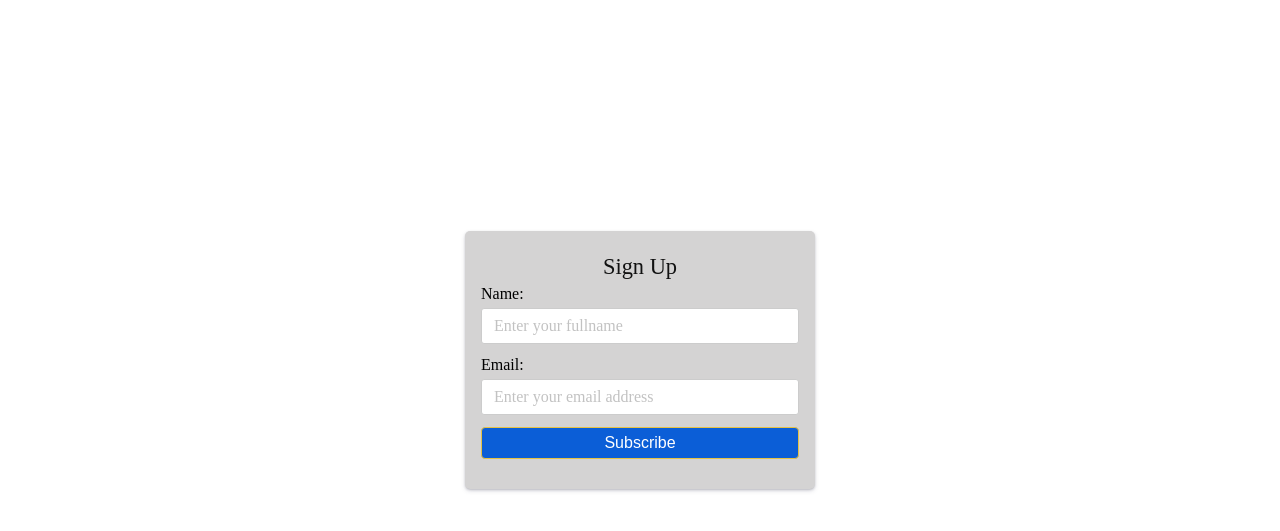
Repository: HoangDuy315/web-dev2022
Page: hw151022/ex2/ex2.2/index.html
The author's editor kept a copy of each file at every save. The page is drawn from the files as they stood at one save, then again after the next save.
The browser window is 1280 px wide. The pictures show the whole page.
The pointer rests on the first visible `button`.

Above is the page before, as saved 2022-10-15 15:06:57.

### hw151022/ex2/ex2.2/index.html
<!DOCTYPE html>
<html lang="en">
  <head>
    <title>JavaScript Form Demo</title>
    <meta name="viewport" content="width=device-width, initial-scale=1.0" />
    <link rel="stylesheet" href="./index.css" />
  </head>
  <body>
    <div class="container">
      <form action="signup.html" method="post" id="signup">
        <h1>Sign Up</h1>
        <div class="field">
          <label for="name">Name:</label>
          <input
            type="text"
            id="name"
            name="name"
            placeholder="Enter your fullname"
          />
        </div>
        <div class="field">
          <label for="email">Email:</label>
          <input
            type="text"
            id="email"
            name="email"
            placeholder="Enter your email address"
          />
        </div>
        <div class="field">
          <button type="submit" class="full">Subscribe</button>
        </div>
      </form>
    </div>
    <script src="./index.js"></script>
  </body>
</html>

### hw151022/ex2/ex2.2/index.css
* {
  margin: 0;
  padding: 0;
  box-sizing: border-box;
}

body {
  display: flex;
  align-items: center;
  justify-content: center;
  min-height: 100vh;
}

.container {
  background-color: rgb(212, 211, 211);
  border-radius: 5px;
  box-shadow: rgba(50, 50, 93, 0.25) 0px 2px 5px -1px,
    rgba(0, 0, 0, 0.3) 0px 1px 3px -1px;
  width: 350px;
}

form {
  max-width: 400px;
  margin: 10px auto;
  padding: 0.5rem 1rem;
}

form h1 {
  padding: 5px 0;
  font-size: 1.4rem;
  font-weight: normal;
  text-align: center;
  color: #111;
}

/*! form.css v1.0 | MIT License | https://www.javascripttutorial.net/ */

.field {
  margin-bottom: 0.75rem;
}

.field small {
  color: #dc3545;
}

label {
  display: inline-block;
  margin-bottom: 5px;
  vertical-align: top;
  width: 100%;
}

/* input, textarea */
input,
textarea,
select {
  border: solid 1px #ccc;
  border-radius: 3px;
  display: inline-block;
  padding: 0.5rem 0.75rem;
  width: 100%;
  font-family: inherit;
  font-size: 1rem;
}

input::placeholder {
  color: #c2c2c2;
}

input:focus,
textarea:focus,
select:focus {
  outline: none;
  box-shadow: 0 0 0 2pt rgb(49, 132, 253, 0.5);
}

input[disabled],
textarea[disabled] {
  background-color: #f5f5f5;
  box-shadow: none;
  color: #7a7a7a;
  cursor: not-allowed;
}

/* input error */
input.error,
textarea.error,
select.error {
  border-color: #dc3545;
}

input.error:focus,
textarea.error:focus,
select.error:focus {
  box-shadow: 0 0 0 0.25rem rgb(220 53 69 / 25%);
}

/* input success */
input.success,
textarea.success,
select.success {
  border-color: #198754;
}

input.success:focus,
textarea.success:focus {
  box-shadow: 0 0 0 0.25rem rgb(25 135 84 / 25%);
}

/* button */
button {
  background: #e3edfb;
  color: #fff;
  border-radius: 0.25rem;
  font-size: 1rem;
  font-weight: 400;
  border: 1px solid #0d6efd;
  transition: color 0.15s ease-in-out, background-color 0.15s ease-in-out,
    border-color 0.15s ease-in-out, box-shadow 0.15s ease-in-out;
  text-align: center;
  padding: 0.375rem 0.75rem;
}

button:hover {
  background: #0b5ed7;
  border-color: #e5c245;
  cursor: pointer;
}

button:focus {
  outline: none;
  color: #fff;
  background-color: #0b5ed7;
  border-color: #0a58ca;
  box-shadow: 0 0 0 0.25rem rgb(49 132 253 / 50%);
}

/* radio  & checkbox*/
label.radio,
label.checkbox {
  width: auto;
  cursor: pointer;
  display: inline-block;
  position: relative;
  border-radius: 5px;
}

.stack label.radio,
.stack label.checkbox {
  display: block;
  margin-left: auto;
}

.radio + .radio,
.checkbox + .checkbox {
  margin-left: 1rem;
}

input[type="checkbox"],
input[type="radio"] {
  vertical-align: baseline;
  width: auto;
}

/* vertical form */
.vertical label,
.vertical input,
.vertical textarea {
  display: block;
  width: 100%;
}

/* horizontal form */
.horizontal .field {
  display: grid;
  grid-template-columns: 20% 1fr;
  gap: 1rem 1rem;
  align-items: center;
  margin-bottom: 1rem;
}
.horizontal .field label {
  grid-column: 1 / 2;
  text-align: left;
}

.horizontal .field label.radio,
.horizontal .field label.checkbox {
  grid-column: 2 / 3;
  text-align: left;
}

.horizontal .field input,
.horizontal .field button,
.horizontal .field small {
  grid-column: 2 / 3;
}

/* Utility classes*/
.half {
  width: 50%;
}
.quarter {
  width: 25%;
}

.full {
  width: 100%;
}

.error {
  color: #dc3545;
}

### hw151022/ex2/ex2.2/index.js
function showMessage(input, message, type) {
  // get the small element and set the message
  const msg = input.parentNode.querySelector("small");
  msg.innerText = message;
  // update the class for the input
  input.className = type ? "success" : "error";
  return type;
}

function showError(input, message) {
  return showMessage(input, message, false);
}

function showSuccess(input) {
  return showMessage(input, "", true);
}

function hasValue(input, message) {
  if (input.value.trim() === "") {
    return showError(input, message);
  }
  return showSuccess(input);
}

function validateEmail(input, requiredMsg, invalidMsg) {
  // check if the value is not empty
  if (!hasValue(input, requiredMsg)) {
    return false;
  }
  // validate email format
  const emailRegex =
    /^(([^<>()\[\]\\.,;:\s@"]+(\.[^<>()\[\]\\.,;:\s@"]+)*)|(".+"))@((\[[0-9]{1,3}\.[0-9]{1,3}\.[0-9]{1,3}\.[0-9]{1,3}\])|(([a-zA-Z\-0-9]+\.)+[a-zA-Z]{2,}))$/;

  const email = input.value.trim();
  if (!emailRegex.test(email)) {
    return showError(input, invalidMsg);
  }
  return true;
}

const form = document.querySelector("#signup");

const NAME_REQUIRED = "Please enter your name";
const EMAIL_REQUIRED = "Please enter your email";
const EMAIL_INVALID = "Please enter a correct email address format";

form.addEventListener("submit", function (event) {
  // stop form submission
  event.preventDefault();

  // validate the form
  let nameValid = hasValue(form.elements["name"], NAME_REQUIRED);
  let emailValid = validateEmail(
    form.elements["email"],
    EMAIL_REQUIRED,
    EMAIL_INVALID
  );
  // if valid, submit the form.
  if (nameValid && emailValid) {
    alert("Demo only. No form was posted.");
  }
});

After the next save:
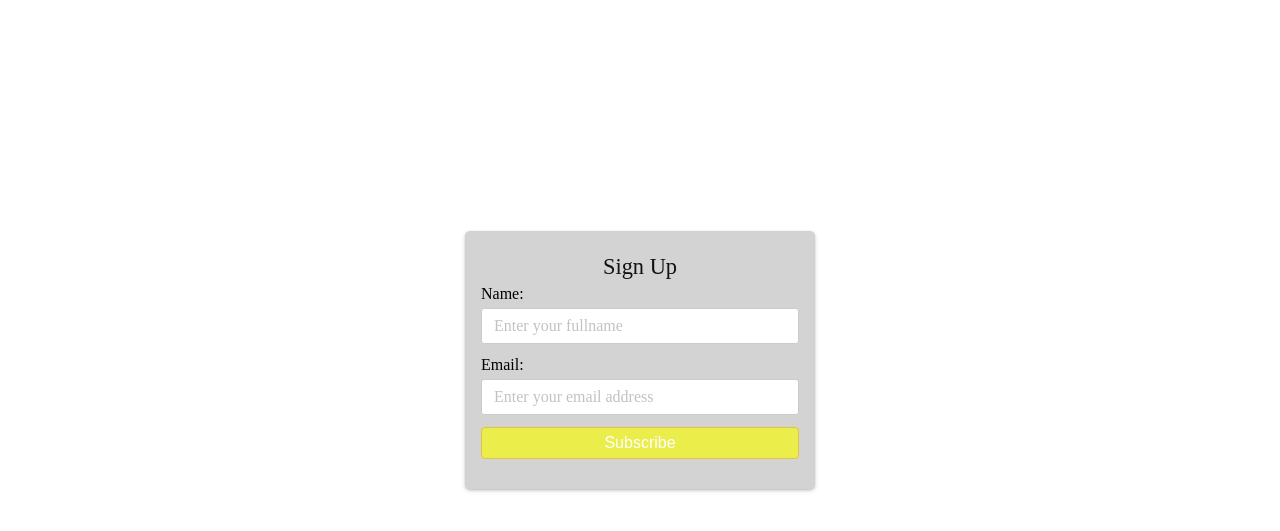
Saved 6 s later.
--- a/hw151022/ex2/ex2.2/index.css
+++ b/hw151022/ex2/ex2.2/index.css
@@ -122,7 +122,7 @@ button {
 }
 
 button:hover {
-  background: #0b5ed7;
+  background: #ebed4a;
   border-color: #e5c245;
   cursor: pointer;
 }
